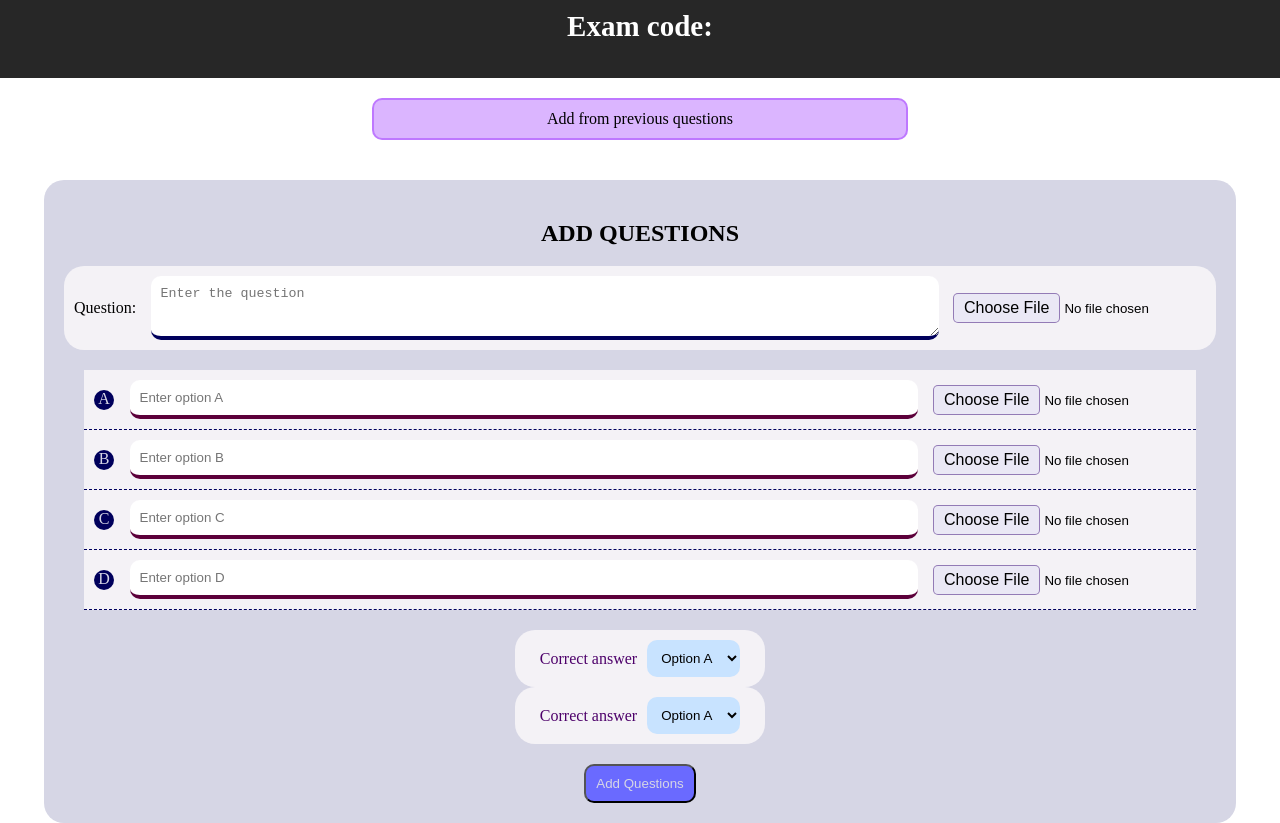
Repository: Buddhadip/ExamPortalApp_struts
Page: http://localhost/ExamWizard/WEB-INF/views/addQuestions.jsp
These files come from the project's save history. The page is drawn as it stood at one moment and after the next save; the edit follows.
The browser window is 1280 px wide. The pictures show the whole page.
The page is served by Tomcat 9. Nobody is signed in. Other server files are loaded and not shown. The template is opened directly, without the code that normally fills it, so the values that code supplies are empty.

Above is the page before, as saved 2023-07-19 10:44:28.

### ExamWizard/src/main/webapp/WEB-INF/views/addQuestions.jsp
<%@ page language="java" contentType="text/html; charset=ISO-8859-1"
    pageEncoding="ISO-8859-1"%>
<!DOCTYPE html>
<html>
<head>
<meta charset="ISO-8859-1">
<title>Add Questions</title>
<link rel="stylesheet" href="public/styles/addQuestions.css" />
</head>
<body>
    <div id="header">Exam code:  ${eid} </div>
    <div class="more-qs">
      <a href="./allQuestions">Add from previous questions</a>
    </div>
    <div>
      <form id="mcq-form">
        <input

              type="text"
              id="option-a-image"
              name="eid"
              value= "${eid}"
              style="display:none;"
            />
        <div class="question-container">
          <h2 style="text-align: center">ADD QUESTIONS</h2>
          <div class="question-section">
            <label for="question1">Question:</label>
            <textarea
              type="text"
              id="question1"
              name="q-text"
              placeholder="Enter the question"
              oninput="autoResizeTextarea(this)"
              required
            ></textarea>
            <input
              class="file-input"
              type="file"
              id="option-a-image"
              name="q-image"
              onchange="handleFileInputChange(this)"
            />
            <!-- <img id="preview-image" class="preview-image" src="" alt="Preview Image" /> -->
          </div>

          <div class="option-section">
            <div class="option">
              <label for="option-a">
              	<div class="round-option">A</div>
              </label>
              <input
                type="text"
                class="option-input"
                id="option-a-text"
                name="option-a-text"
                placeholder="Enter option A"
                required
              />
              <input
                class="file-input"
                type="file"
                id="option-a-image"
                name="option-a-image"
                onchange="handleFileInputChange(this)"
              />
            </div>

            <div class="option">
              <label for="option-b"><div class="round-option">B</div></label>
              <input
                type="text"
                class="option-input"
                id="option-b-text"
                name="option-b-text"
                placeholder="Enter option B"
                required
              />
              <input
                class="file-input"
                type="file"
                id="option-b-image"
                name="option-b-image"
                onchange="handleFileInputChange(this)"
              />
            </div>

            <div class="option">
              <label for="option-c"><div class="round-option">C</div></label>
              <input
                type="text"
                class="option-input"
                id="option-c-text"
                name="option-c-text"
                placeholder="Enter option C"
                required
              />
              <input
                class="file-input"
                type="file"
                id="option-c-image"
                name="option-c-image"
                onchange="handleFileInputChange(this)"
              />
            </div>

            <div class="option">
              <label for="option-d"><div class="round-option">D</div></label>
              <input
                type="text"
                class="option-input"
                id="option-d-text"
                name="option-d-text"
                placeholder="Enter option D"
                required
              />
              <input
                class="file-input"
                type="file"
                id="option-d-image"
                name="option-d-image"
                onchange="handleFileInputChange(this)"
              />
            </div>
          </div>
          <div class="correct-option">
            <label for="answer">Correct answer</label>
            <select class="custom-select" name="answer" id="answer">
              <option value="a">Option A</option>
              <option value="b">Option B</option>
              <option value="c">Option C</option>
              <option value="d">Option D</option>
            </select>
          </div>
          <div class="correct-option">
            <label for="answer">Correct answer</label>
            <select class="custom-select" name="answer" id="answer">
              <option value="a">Option A</option>
              <option value="b">Option B</option>
              <option value="c">Option C</option>
              <option value="d">Option D</option>
            </select>
          </div>
          <div style="display: flex; justify-content: center; margin-top: 20px">
            <button class="add-qs-button" type="submit" class="submit-btn">
              Add Questions
            </button>
          </div>
        </div>
      </form>
    </div>
</body>
</html>

### ExamWizard/src/main/webapp/public/styles/addQuestions.css
@charset "ISO-8859-1";
body{
    margin: 0;
    padding: 0;
}

#header {
  background-color: #272727;
  height: 8vh;
  color: #fff;
  padding: 10px;
  text-align: center;
  font-size: 29px;
  font-weight: bold;
}
.question {
  background-color: #e6e6ef;
  margin-top: 20px;
  border-radius: 20px;
  padding: 20px;
}

.question label {
  display: flex;
  cursor: pointer;
  font-weight: 500;
  position: relative;
  overflow: hidden;
  margin-bottom: 0.375em;
}
.question label input {
  position: absolute;
  left: -9999px;
}
.question label input:checked + span {
  background-color: #d6d6e5;
}
.question label input:checked + span:before {
  box-shadow: inset 0 0 0 0.4375em #00005c;
}
.question label span {
  display: flex;
  align-items: center;
  padding: 0.375em 0.75em 0.375em 0.375em;
  border-radius: 99em;
  transition: 0.25s ease;
}
.question label span:hover {
  background-color: #d6d6e5;
}
.question label span:before {
  display: flex;
  flex-shrink: 0;
  content: "";
  background-color: #fff;
  width: 1.5em;
  height: 1.5em;
  border-radius: 50%;
  margin-right: 0.375em;
  transition: 0.25s ease;
  box-shadow: inset 0 0 0 0.125em #00005c;
}
.change-button2{
    cursor: pointer;
    margin: 5px;
    padding: 10px;
    border-radius: 10px;
  }

  #delete-button{
    background-color: #d50004;
    color: #ffffff;
    margin: auto;
  }
  .button-section{
    display: flex;
    justify-content: center;
    align-items: center;
    height: 80px;
  }

  #prev_problems{

    background-color: #f2f1f1;
    width: 90vw;
    margin: auto;
    border-radius: 20px;
    padding: 20px;
    margin-top: 40px;
  }
  .question-container {
    margin-bottom: 20px;
    background-color: #d6d6e5;
    width: 90vw;
    padding: 20px;
    border-radius: 20px;
    margin: auto;
    margin-top: 40px;
  }

    .question-container h3{
        margin-bottom: 20px;
    }

    .question-section{
        display: flex;
        justify-content: space-between;
        align-items: center;
        background-color: #fffdfdbb;
        border-radius: 20px;
        padding:10px;
    }

    textarea{
        width: 60vw;
        min-height: 40px;
        resize: vertical;
        border-radius: 10px;
        padding: 10px;
        border: none;
        border-bottom: #00005c 4px solid;
        overflow: hidden;
    }

    .option-input{
        width: 60vw;
        min-height: 15px;
        resize: vertical;
        border-radius: 10px;
        padding: 10px;
        border: none;
        border-bottom: #5c003a 4px solid;
        overflow: hidden;
    }

    .file-input::file-selector-button  {
        background-color: #0000e00a;
        padding: 5px 10px;
        font-size: 16px;
        border:  1px solid #32006f78;
        border-radius: 5px;
    }
    .round-option{
      display:inline-block;
      width:20px;
      height:20px;
      border-radius: 50%;
      background-color: #00005c;
      color: #d6d6e5;
      text-align: center;
    }

    .option{
      display: flex;
      justify-content: space-between;
      align-items: center;
      background-color: #fffdfdbb;
      padding: 10px;
      border-bottom: 1px dashed #00005c;
    }

    .option-section{
      margin: 20px;
    }

    .correct-option{
      background-color: #fffdfdbb;
      color: #4d006a;
      margin: 20px;
      padding: 10px;
      display: flex;
      justify-content: center;
      align-items: center;
      width: 20%;
      margin: auto;
      border-radius: 20px;
    }
    .custom-select {
      position: relative;
      font-family: Arial;
      background-color: rgb(200, 227, 255);
      padding: 10px;
      border:none;
      border-radius: 10px;
      margin-left: 10px;
    }

    .add-qs-button{
      background-color: #6a6aff;
      color: #d6d6e5;
      padding: 10px;
      border-radius: 10px;
      cursor: pointer;
      margin: auto;
    }


    .more-qs{
      width: 40%;
      margin: auto;
      background-color: rgba(188, 116, 255, 0.533);
      border: 2px solid rgba(188, 116, 255, 0.933);
      color: black;
      padding: 10px;
      border-radius: 10px;
      text-align: center;
      margin-top: 20px;
      cursor: pointer;
    }

    .more-qs:hover{
      background-color: rgba(188, 116, 255, 0.733);
      color: #ffffff;
    }

    .more-qs a{
      text-decoration: none;
      color: inherit;
    }

After the next save:
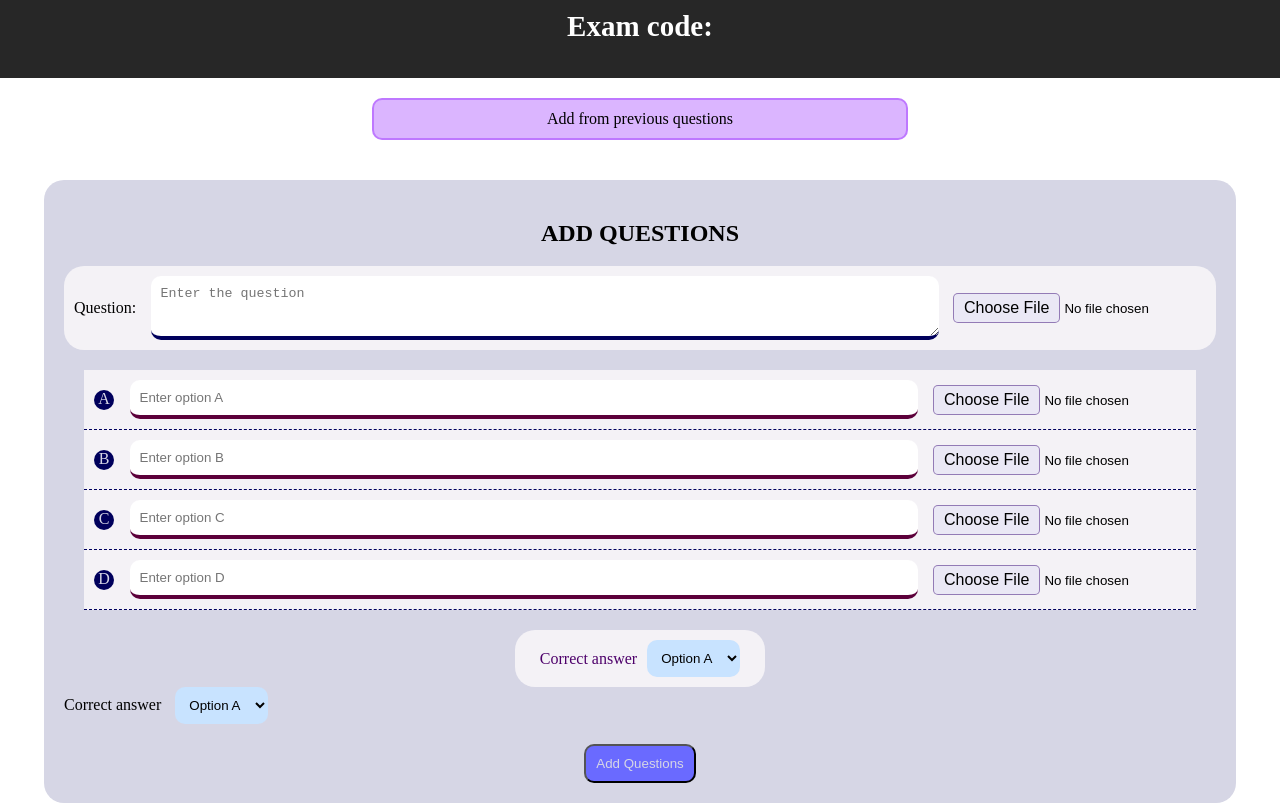
Saved 41 s later.
--- a/ExamWizard/src/main/webapp/WEB-INF/views/addQuestions.jsp
+++ b/ExamWizard/src/main/webapp/WEB-INF/views/addQuestions.jsp
@@ -132,7 +132,7 @@
               <option value="d">Option D</option>
             </select>
           </div>
-          <div class="correct-option">
+          <div class="marks">
             <label for="answer">Correct answer</label>
             <select class="custom-select" name="answer" id="answer">
               <option value="a">Option A</option>
